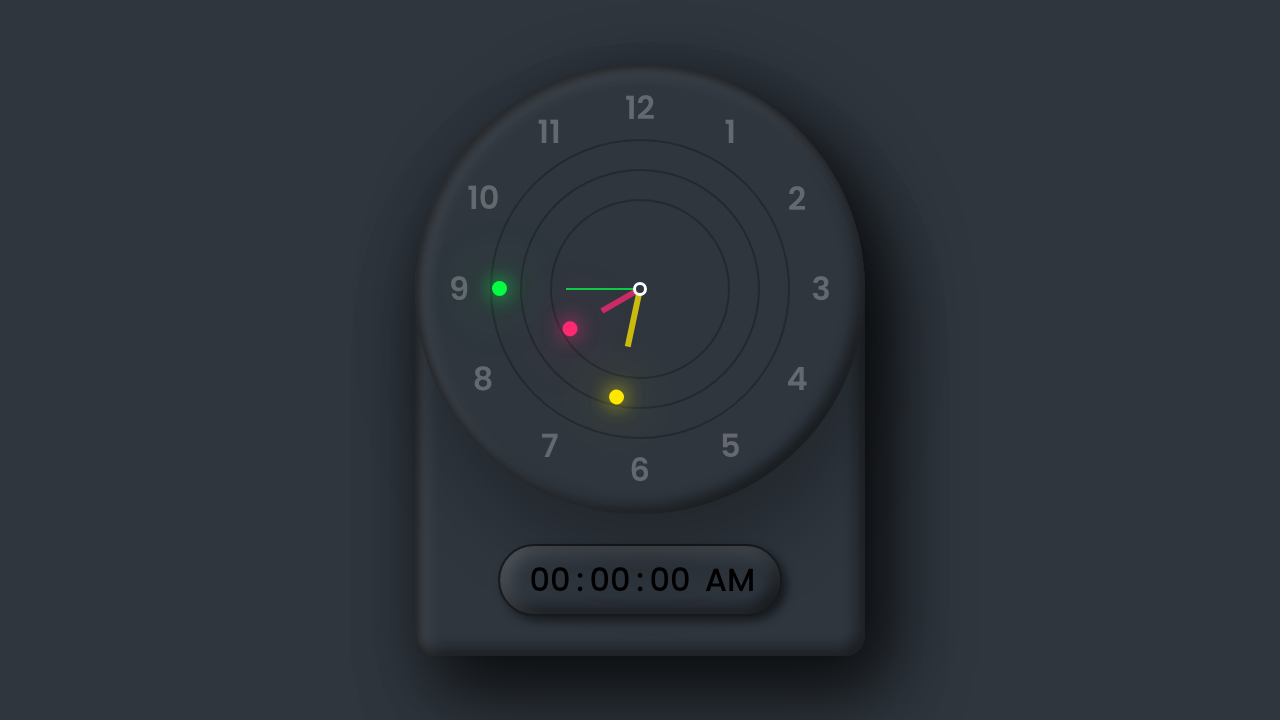
Repository: didierganthier/Clock-Design
Page: index.html
These files come from the project's save history. The page is drawn as it stood at one moment and after the next save; the edit follows.
The browser window is 1280 px wide. The pictures show the whole page.

Above is the page before, as saved 2022-06-26 01:32:04.

After the next save:
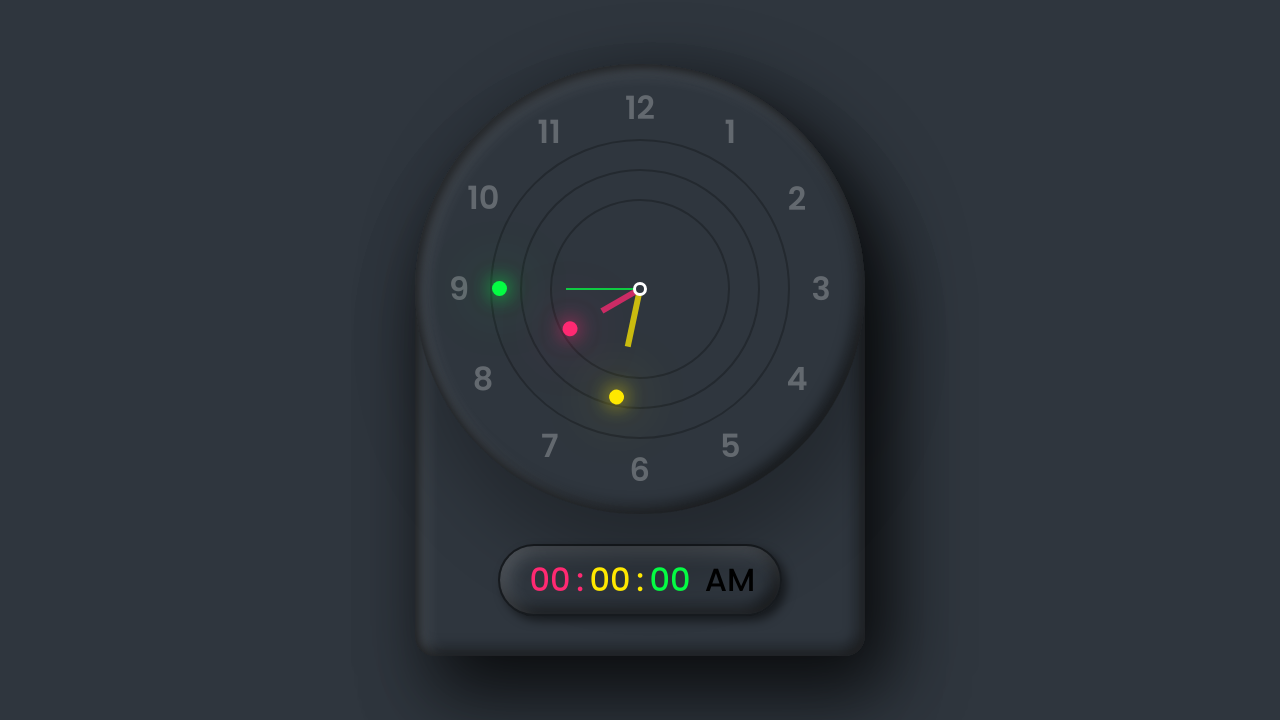
Saved 41 s later.
--- a/styles.css
+++ b/styles.css
@@ -149,6 +149,7 @@ body {
     width: 60px;
     text-align: center;
     font-weight: 500;
+    color: var(--clr);
 }
 
 #time div:nth-child(1)::after,
